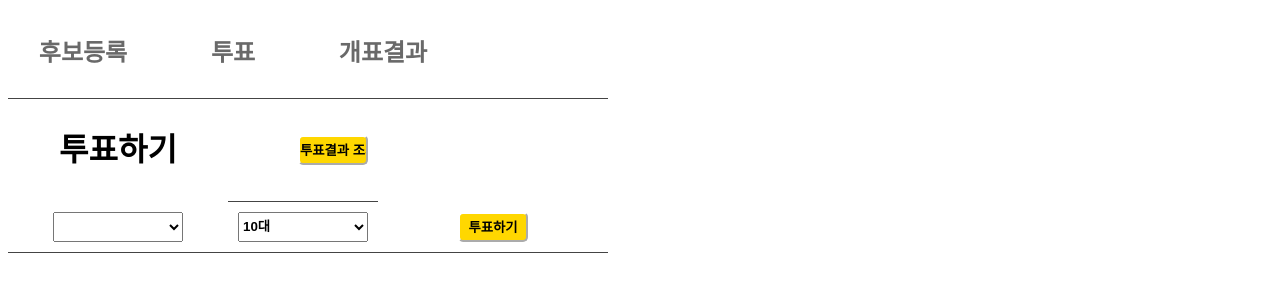
Repository: noheul1030/KOPO-HTML
Page: http://localhost/Tupyo/Tupyo/B_01_H.jsp
An editor plug-in stored every save of this project. The page is shown before and after the next save, followed by the edit.
The browser window is 1280 px wide. The pictures show the whole page.
The page is served by Tomcat 9. Queries for data that is not in the repository find no rows.

Above is the page before, as saved 2023-06-04 07:24:35.

### Tupyo/src/main/webapp/Tupyo/B_01_H.jsp
<meta http-equiv="Content-Type" content="text/html; charset=utf-8" />
<%@ page contentType="text/html; charset=UTF-8" %>
<%@ page import="java.util.*" %> <!--java import-->
<%@ page import="java.io.*"%> <!--java import-->
<%@ page import="java.sql.*"%> <!--java import-->
<html>
	<head>
		<title>투표 B_01_H.jsp</title>
		<style>
    		table {
    			text-align: center;
   				border: 0;
   				solid black;
   				width: 600px;
   				border-collapse: collapse;
   				cellspacing="1"}
    		th, td {
		    border-bottom: 1px solid #444444;
		    padding: 10px;
			}
			th:first-child, td:first-child {
			  border-left: none;
			}
    		a {text-decoration-line: none;  color: #696969;}
			h2:hover {
			 box-shadow: 0 0 40px 40px #ffd700 inset;
			}
    		h1,h2,h4 {margin-top: 15px; text-align: center;}
    		.fourth {
			  background: gold;
			  border-color: white;
			  color: black;
			  background-image: linear-gradient(45deg, yellow 50%, transparent 50%);
			  background-position: 100%;
			  background-size: 400%;
			  transition: background 300ms ease-in-out;
			  border-radius: 5px;
			}

			.fourth:hover {
			  background-position: 0;
			}
			select{
				width: 130px; height: 30px; padding: 0px;font-weight: bold;
			}
			select:hover {
			 background: #f5f5f5 50% ;
			}
    	</style>
	</head>
	<body>
<%
		//DB연동
		Class.forName("com.mysql.jdbc.Driver");
		//Connection conn = DriverManager.getConnection("jdbc:mysql://192.168.23.60:3307/kopo11","root","shdmf1030@");
		Connection conn = DriverManager.getConnection("jdbc:mysql://localhost:3306/noheul","root","shdmf1030@");
		Statement stmt = conn.createStatement();


		ResultSet rset = stmt.executeQuery("select * from HuboDB;");

%>
		<table>
    		<tr>
    			<td width = 25%><a align = center id="update" href="A_01_H.jsp" target="content"><h2>후보등록</h2></a></td>
    			<td width = 25%><a align = center id="vote" href="B_01_H.jsp" target="content"><h2>투표</h2></a></td>
    			<td width = 25%><a align = center id="result" href="C_01_H.jsp" target="content"><h2>개표결과</h2></a></td>
    			<td width = 25%></td>
    		</tr>
		</table>

		<form method="psot">
		<table>
			<tr><td style="border-bottom: none;"><h1>투표하기</h1></td>
				<td align = right width = 22%>
					<input class="fourth" type="submit" value="투표결과 조회" style="width: 70px; height: 30px; padding: 0px;font-weight: bold;" formaction = 'A_03_H.jsp'></td></tr>
				</form>
			<tr>
			<form method="post" action="B_02_H.jsp">
				<td width="200"><p align="center"><select name="choice">
<%
			List<String> list = new ArrayList<String>();
			String hubo = "";
			while (rset.next()) {
			    hubo = Integer.toString(rset.getInt(2)) + "번" + rset.getString(1);
			    list.add(hubo);
%>
					<option value="<%=hubo%>"><%=hubo%></option>
<%
			} %>
				</select></p></td>
				<td width="200"><p align="center"><select name="age">
<%			for(int i = 10; i < 100; i+=10){ %>
					<option value="<%=i%>"> <%=i%>대 </option>
<%			} %>
				</select></p></td>
				<td>
					<input class="fourth" type="submit" value="투표하기" style="width: 70px; height: 30px; padding: 0px;font-weight: bold;">
				</td>
			</tr>
		</table>
		</form>
	</body>
</html>

After the next save:
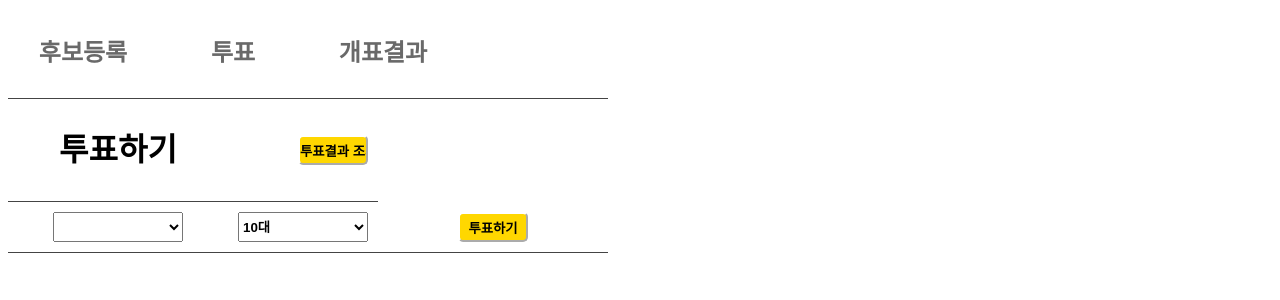
Saved 57 s later.
--- a/Tupyo/src/main/webapp/Tupyo/B_01_H.jsp
+++ b/Tupyo/src/main/webapp/Tupyo/B_01_H.jsp
@@ -71,11 +71,11 @@
 
 		<form method="psot">
 		<table>
-			<tr><td style="border-bottom: none;"><h1>투표하기</h1></td>
+			<tr><td ><h1>투표하기</h1></td>
 				<td align = right width = 22%>
 					<input class="fourth" type="submit" value="투표결과 조회" style="width: 70px; height: 30px; padding: 0px;font-weight: bold;" formaction = 'A_03_H.jsp'></td></tr>
+			<tr>
 				</form>
-			<tr>
 			<form method="post" action="B_02_H.jsp">
 				<td width="200"><p align="center"><select name="choice">
 <%

After the save that followed:
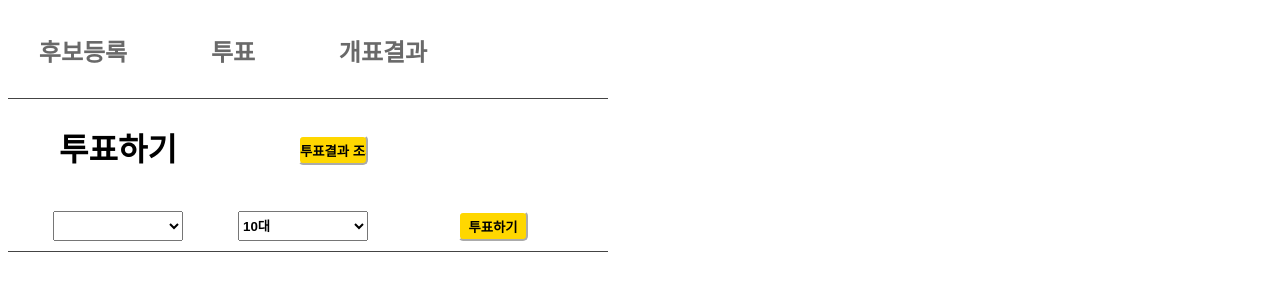
Saved 20 s later.
--- a/Tupyo/src/main/webapp/Tupyo/B_01_H.jsp
+++ b/Tupyo/src/main/webapp/Tupyo/B_01_H.jsp
@@ -71,8 +71,8 @@
 
 		<form method="psot">
 		<table>
-			<tr><td ><h1>투표하기</h1></td>
-				<td align = right width = 22%>
+			<tr><td style="border-bottom: none;"><h1>투표하기</h1></td>
+				<td align = right width = 22% style="border-bottom: none;">
 					<input class="fourth" type="submit" value="투표결과 조회" style="width: 70px; height: 30px; padding: 0px;font-weight: bold;" formaction = 'A_03_H.jsp'></td></tr>
 			<tr>
 				</form>
